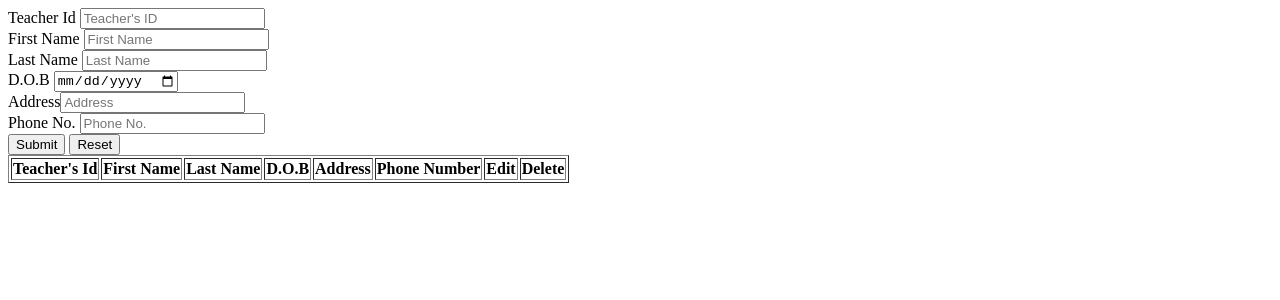
Repository: shubhamsingh331/Learners_Academy
Page: http://localhost/LearnersAcademy/Teachers/Teachers.jsp
An editor plug-in stored every save of this project. The page is shown before and after the next save, followed by the edit.
The browser window is 1280 px wide. The pictures show the whole page.
The page is served by Tomcat 9. Other server files are loaded and not shown. Queries for data that is not in the repository find no rows.

Above is the page before, as saved 2023-10-09 11:21:51.

### LearnersAcademy/src/main/webapp/Teachers/Teachers.jsp
<%@ page language="java" contentType="text/html; charset=ISO-8859-1"
    pageEncoding="ISO-8859-1"%>
<!DOCTYPE html>
<html>
<head>
<meta charset="ISO-8859-1">
<title>Insert title here</title>
</head>
<body>
<form action="AddTeachers.jsp" method="post">
Teacher Id <input type="text" placeholder="Teacher's ID" name="id"><br>
First Name <input type="text" placeholder="First Name" name="fname"><br>
Last Name <input type="text" placeholder="Last Name" name="lname"><br>
D.O.B <input type="date" placeholder="D.O.B" name="dob"><br>
Address<input type="text" placeholder="Address" name ="address"><br>
Phone No. <input type="text" placeholder="Phone No." name="phono"><br>
<input type="submit" value="Submit">
<input type="reset" value="Reset">
</form>
<%@include file="TeacherDisplay.jsp" %>

</body>
</html>

### LearnersAcademy/src/main/webapp/Teachers/TeacherDisplay.jsp
<%@page import="teachers.TeachersDAO"%>
<%@page import="java.util.List"%>
<%@page import="teachers.TeachersPojo"%>
<%@ page language="java" contentType="text/html; charset=ISO-8859-1"
    pageEncoding="ISO-8859-1"%>
<!DOCTYPE html>
<html>
<head>
<meta charset="ISO-8859-1">
<title>Insert title here</title>
</head>
<body>
<table border="1">
<tr><th>Teacher's Id</th><th>First Name</th><th>Last Name</th><th>D.O.B</th><th>Address</th><th>Phone Number</th><th>Edit</th><th>Delete</th></tr>
<%
TeachersDAO dao = new TeachersDAO();
List<TeachersPojo> list= dao.display();

for(TeachersPojo t:list){%>
<tr><td><%=t.getId() %></td><td><%=t.getFname() %></td><td><%=t.getLname() %></td><td><%=t.getDob() %></td><td><%=t.getAddress() %></td><td><%=t.getPhono()%></td><td><a href="TeachEdit.jsp?id=<%=t.getId()%>">Edit</a></td><td><a href="TeachDelete.jsp?id=<%=t.getId()%>">Delete</a></td></tr>
<%}%>
</table>
</body>
</html>

### LearnersAcademy/src/main/java/teachers/TeachersDAO.java
package teachers;

import java.sql.Connection;
import java.sql.PreparedStatement;
import java.sql.ResultSet;
import java.sql.SQLException;
import java.util.ArrayList;
import java.util.List;

import DBUtil.DbUtil;

public class TeachersDAO {
	public int insert(TeachersPojo teachers) throws ClassNotFoundException, SQLException {
		Connection con = DbUtil.dbcon();
		String sql = "insert into teachers values(?,?,?,?,?,?)";
		PreparedStatement ps = con.prepareStatement(sql);
		ps.setInt(1, teachers.getId());
		ps.setString(2, teachers.getFname());
		ps.setString(3, teachers.getLname());
		ps.setString(4, teachers.getDob());
		ps.setString(5, teachers.getAddress());
		ps.setLong(6, teachers.getPhono());

		return ps.executeUpdate();
	}

	public int update(TeachersPojo teachers) throws ClassNotFoundException, SQLException {
		Connection con = DbUtil.dbcon();
		String sql = "update teachers set fname=?, lname=?, dob=?, address=?, phono=? where id =?";
		PreparedStatement ps = con.prepareStatement(sql);
		ps.setInt(6, teachers.getId());
		ps.setString(1, teachers.getFname());
		ps.setString(2, teachers.getLname());
		ps.setString(3, teachers.getDob());
		ps.setString(4, teachers.getAddress());
		ps.setLong(5, teachers.getPhono());

		return ps.executeUpdate();
	}

	public int delete(TeachersPojo teachers) throws ClassNotFoundException, SQLException {
		Connection con = DbUtil.dbcon();
		String sql = "delete from teachers where id =?";
		PreparedStatement ps = con.prepareStatement(sql);
		ps.setInt(1, teachers.getId());


		return ps.executeUpdate();
	}

	public List<TeachersPojo> display() throws ClassNotFoundException, SQLException{
		Connection con = DbUtil.dbcon();

		List<TeachersPojo> list = new ArrayList<TeachersPojo>();
		String sql = "select * from teachers";
		PreparedStatement ps = con.prepareStatement(sql);
		ResultSet rs = ps.executeQuery();

		while(rs.next()) {
			TeachersPojo teachers = new TeachersPojo();
			teachers.setId(rs.getInt(1));
			teachers.setFname(rs.getString(2));
			teachers.setLname(rs.getString(3));
			teachers.setDob(rs.getString(4));
			teachers.setAddress(rs.getString(5));
			teachers.setPhono(rs.getLong(6));

			list.add(teachers);
		}
		return list;


	}

}

### LearnersAcademy/src/main/java/DBUtil/DbUtil.java
package DBUtil;

import java.sql.Connection;
import java.sql.DriverManager;
import java.sql.SQLException;

public class DbUtil {
	public static final String DRIVER_CLASS="com.mysql.jdbc.Driver";
	public static final String DB_URL="jdbc:mysql://localhost:3306/StudentManagement";
	public static final String USERNAME = "root";
	public static final String PASSWORD = "123456";
	public static Connection dbcon() throws ClassNotFoundException, SQLException {
		Class.forName(DRIVER_CLASS);

		Connection con = DriverManager.getConnection(DB_URL, USERNAME, PASSWORD);

		return con;

}

}

After the next save:
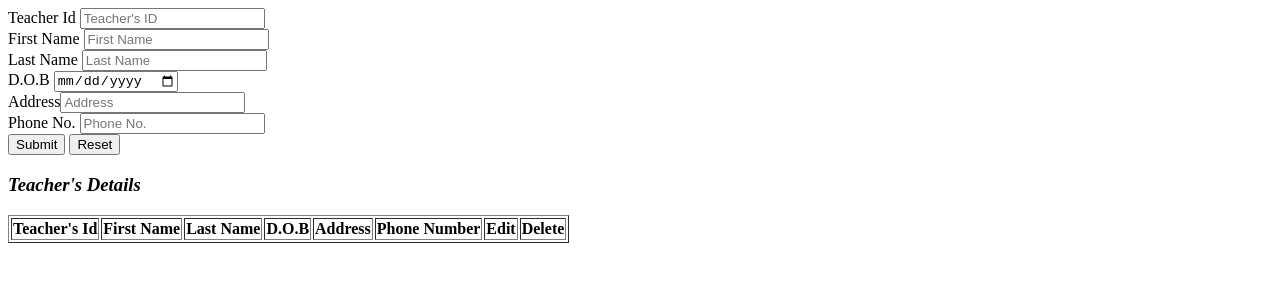
Saved 61 s later.
--- a/LearnersAcademy/src/main/webapp/Teachers/TeacherDisplay.jsp
+++ b/LearnersAcademy/src/main/webapp/Teachers/TeacherDisplay.jsp
@@ -10,6 +10,7 @@
 <title>Insert title here</title>
 </head>
 <body>
+<h3><i>Teacher's Details</i></h3>
 <table border="1">
 <tr><th>Teacher's Id</th><th>First Name</th><th>Last Name</th><th>D.O.B</th><th>Address</th><th>Phone Number</th><th>Edit</th><th>Delete</th></tr>
 <%
